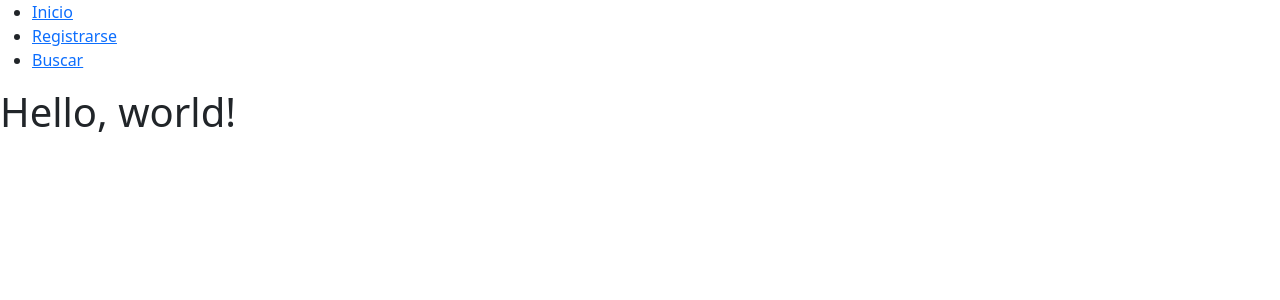
Repository: frnalonso/libreria
Page: src/main/resources/templates/index.html
An editor plug-in stored every save of this project. The page is shown before and after the next save, followed by the edit.
The browser window is 1280 px wide. The pictures show the whole page.

Above is the page before, as saved 2021-11-05 05:42:54.

After the next save:
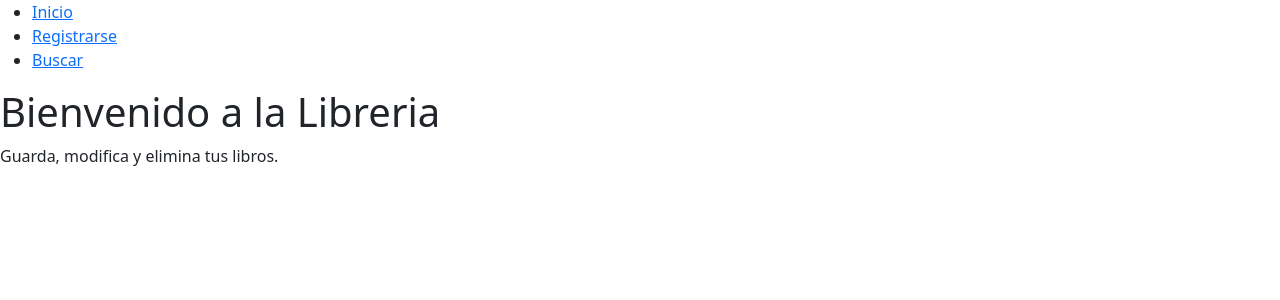
Saved 24 s later.
--- a/src/main/resources/templates/index.html
+++ b/src/main/resources/templates/index.html
@@ -19,8 +19,8 @@
             <li><a href="/buscar">Buscar</a></li>
         </ul>
     </nav>
-    <h1>Hello, world!</h1>
-
+    <h1>Bienvenido a la Libreria</h1>
+    <p>Guarda, modifica y elimina tus libros.</p>
     <!-- Optional JavaScript; choose one of the two! -->
 
     <!-- Option 1: Bootstrap Bundle with Popper -->
